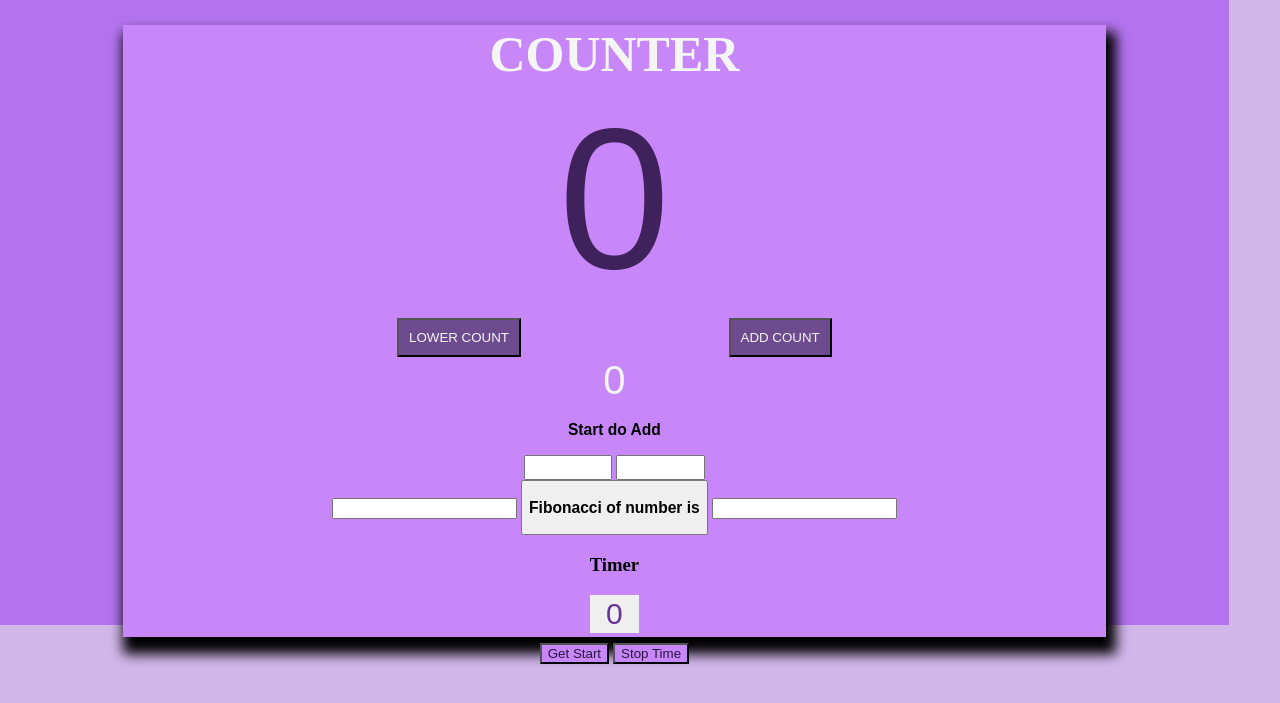
Repository: AnahitKhechumyan/Counter
Page: index.html
An editor plug-in stored every save of this project. The page is shown before and after the next save, followed by the edit.
The browser window is 1280 px wide. The pictures show the whole page.

Above is the page before, as saved 2022-02-15 23:52:37.

After the next save:
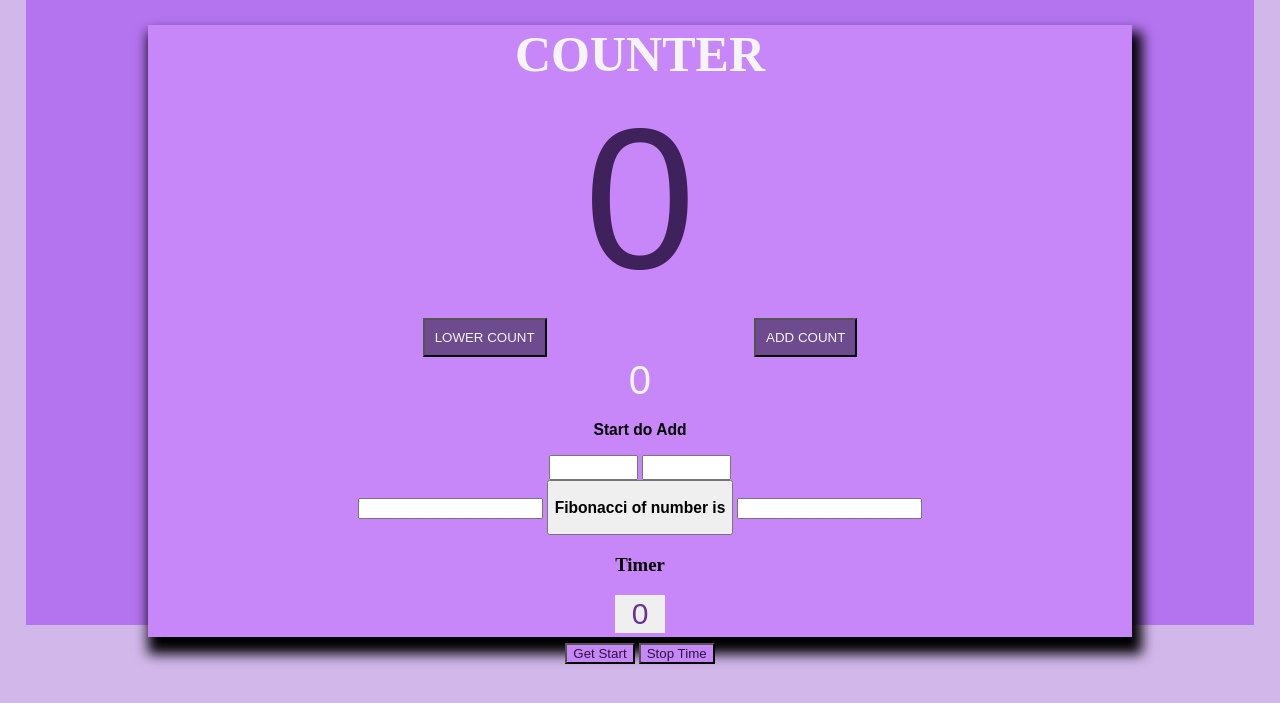
Saved 50 s later.
--- a/style.css
+++ b/style.css
@@ -7,6 +7,8 @@ body{
     width: 96%;
     height: 85vh;
     margin-right:2%;
+    margin-left:2%;
+
     padding-top: 1%;
 
 }
